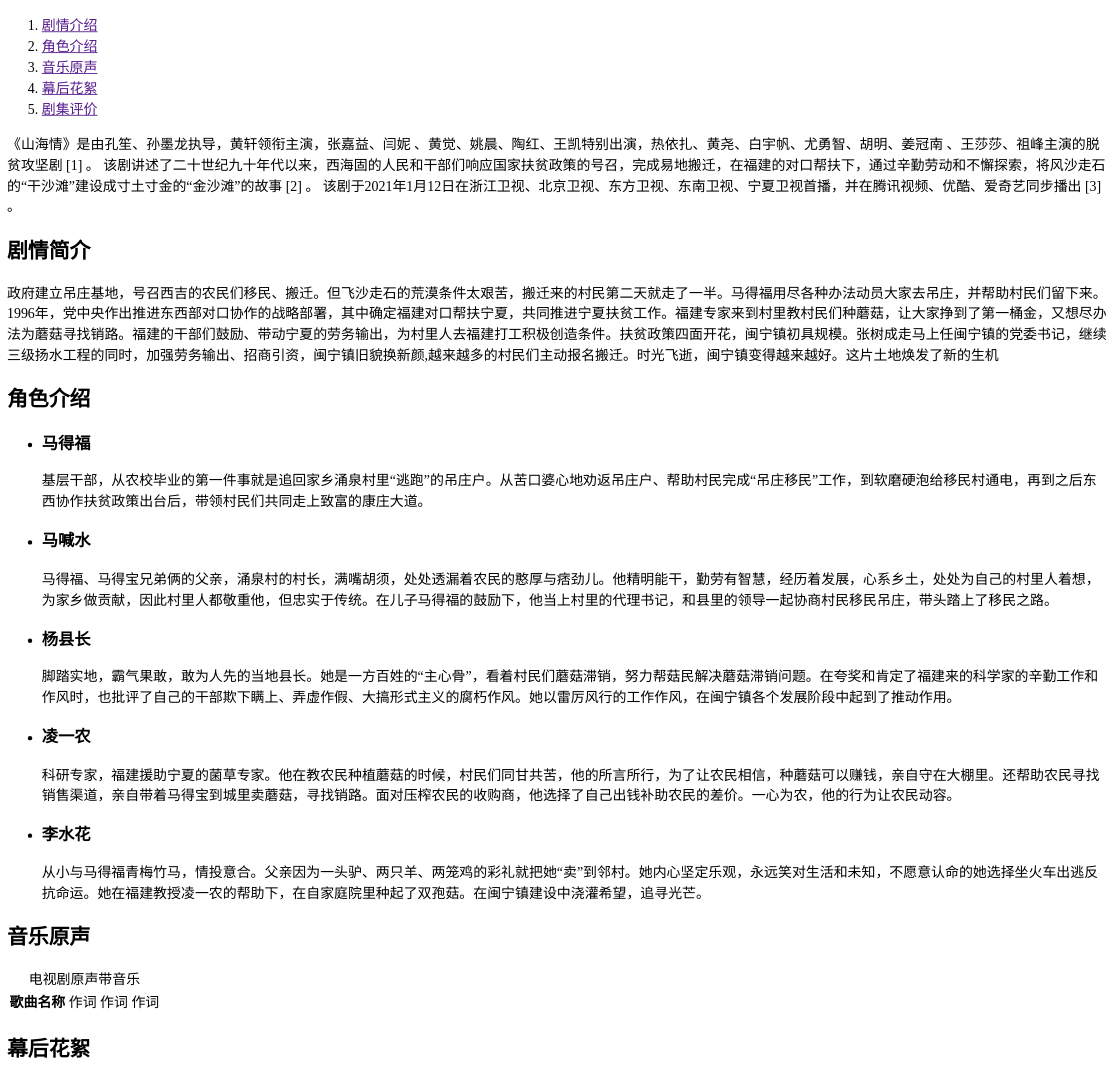
Repository: Lixianlai-2/static-website
Page: index.html
The author's editor kept a copy of each file at every save. The page is drawn from the files as they stood at one save, then again after the next save.
The browser window is 1280 px wide. The pictures show the whole page, at 87% of full size.

Above is the page before, as saved 2021-11-29 23:37:04.

### index.html
<!DOCTYPE html>
<html lang="zh-CN">
  <head>
    <meta charset="UTF-8" />
    <meta http-equiv="X-UA-Compatible" content="IE=edge" />
    <meta
      name="viewport"
      content="width=device-width, initial-scale=1.0"
      content="ie=edge"
    />
    <title>山海情</title>

    <style>
      img {
        max-width: 100%;
      }
    </style>
  </head>
  <body>
    <nav>
      <ol>
        <li><a href="">剧情介绍</a></li>
        <li><a href="">角色介绍</a></li>
        <li><a href="">音乐原声</a></li>
        <li><a href="">幕后花絮</a></li>
        <li><a href="">剧集评价</a></li>
      </ol>
    </nav>

    <p>
      《山海情》是由孔笙、孙墨龙执导，黄轩领衔主演，张嘉益、闫妮
      、黄觉、姚晨、陶红、王凯特别出演，热依扎、黄尧、白宇帆、尤勇智、胡明、姜冠南
      、王莎莎、祖峰主演的脱贫攻坚剧 [1] 。
      该剧讲述了二十世纪九十年代以来，西海固的人民和干部们响应国家扶贫政策的号召，完成易地搬迁，在福建的对口帮扶下，通过辛勤劳动和不懈探索，将风沙走石的“干沙滩”建设成寸土寸金的“金沙滩”的故事
      [2] 。
      该剧于2021年1月12日在浙江卫视、北京卫视、东方卫视、东南卫视、宁夏卫视首播，并在腾讯视频、优酷、爱奇艺同步播出
      [3] 。
    </p>

    <h2>剧情简介</h2>
    <p>
      政府建立吊庄基地，号召西吉的农民们移民、搬迁。但飞沙走石的荒漠条件太艰苦，搬迁来的村民第二天就走了一半。马得福用尽各种办法动员大家去吊庄，并帮助村民们留下来。1996年，党中央作出推进东西部对口协作的战略部署，其中确定福建对口帮扶宁夏，共同推进宁夏扶贫工作。福建专家来到村里教村民们种蘑菇，让大家挣到了第一桶金，又想尽办法为蘑菇寻找销路。福建的干部们鼓励、带动宁夏的劳务输出，为村里人去福建打工积极创造条件。扶贫政策四面开花，闽宁镇初具规模。张树成走马上任闽宁镇的党委书记，继续三级扬水工程的同时，加强劳务输出、招商引资，闽宁镇旧貌换新颜,越来越多的村民们主动报名搬迁。时光飞逝，闽宁镇变得越来越好。这片土地焕发了新的生机
    </p>

    <h2>角色介绍</h2>
    <ul>
      <li>
        <h3>马得福</h3>
        <p>
          基层干部，从农校毕业的第一件事就是追回家乡涌泉村里“逃跑”的吊庄户。从苦口婆心地劝返吊庄户、帮助村民完成“吊庄移民”工作，到软磨硬泡给移民村通电，再到之后东西协作扶贫政策出台后，带领村民们共同走上致富的康庄大道。
        </p>
      </li>
      <li>
        <h3>马喊水</h3>
        <p>
          马得福、马得宝兄弟俩的父亲，涌泉村的村长，满嘴胡须，处处透漏着农民的憨厚与痞劲儿。他精明能干，勤劳有智慧，经历着发展，心系乡土，处处为自己的村里人着想，为家乡做贡献，因此村里人都敬重他，但忠实于传统。在儿子马得福的鼓励下，他当上村里的代理书记，和县里的领导一起协商村民移民吊庄，带头踏上了移民之路。
        </p>
      </li>
      <li>
        <h3>杨县长</h3>
        <p>
          脚踏实地，霸气果敢，敢为人先的当地县长。她是一方百姓的“主心骨”，看着村民们蘑菇滞销，努力帮菇民解决蘑菇滞销问题。在夸奖和肯定了福建来的科学家的辛勤工作和作风时，也批评了自己的干部欺下瞒上、弄虚作假、大搞形式主义的腐朽作风。她以雷厉风行的工作作风，在闽宁镇各个发展阶段中起到了推动作用。
        </p>
      </li>
      <li>
        <h3>凌一农</h3>
        <p>
          科研专家，福建援助宁夏的菌草专家。他在教农民种植蘑菇的时候，村民们同甘共苦，他的所言所行，为了让农民相信，种蘑菇可以赚钱，亲自守在大棚里。还帮助农民寻找销售渠道，亲自带着马得宝到城里卖蘑菇，寻找销路。面对压榨农民的收购商，他选择了自己出钱补助农民的差价。一心为农，他的行为让农民动容。
        </p>
      </li>
      <li>
        <h3>李水花</h3>
        <p>
          从小与马得福青梅竹马，情投意合。父亲因为一头驴、两只羊、两笼鸡的彩礼就把她“卖”到邻村。她内心坚定乐观，永远笑对生活和未知，不愿意认命的她选择坐火车出逃反抗命运。她在福建教授凌一农的帮助下，在自家庭院里种起了双孢菇。在闽宁镇建设中浇灌希望，追寻光芒。
        </p>
      </li>
    </ul>

    <h2>音乐原声</h2>
    <table>
      <caption>
        电视剧原声带音乐
      </caption>
      <thead>
        <tr>
          <th>歌曲名称</th>
          <td>作词</td>
          <td>作词</td>
          <td>作词</td>
        </tr>
      </thead>
      <tbody></tbody>
      <tfoot></tfoot>
    </table>

    <h2>幕后花絮</h2>
  </body>
</html>

After the next save:
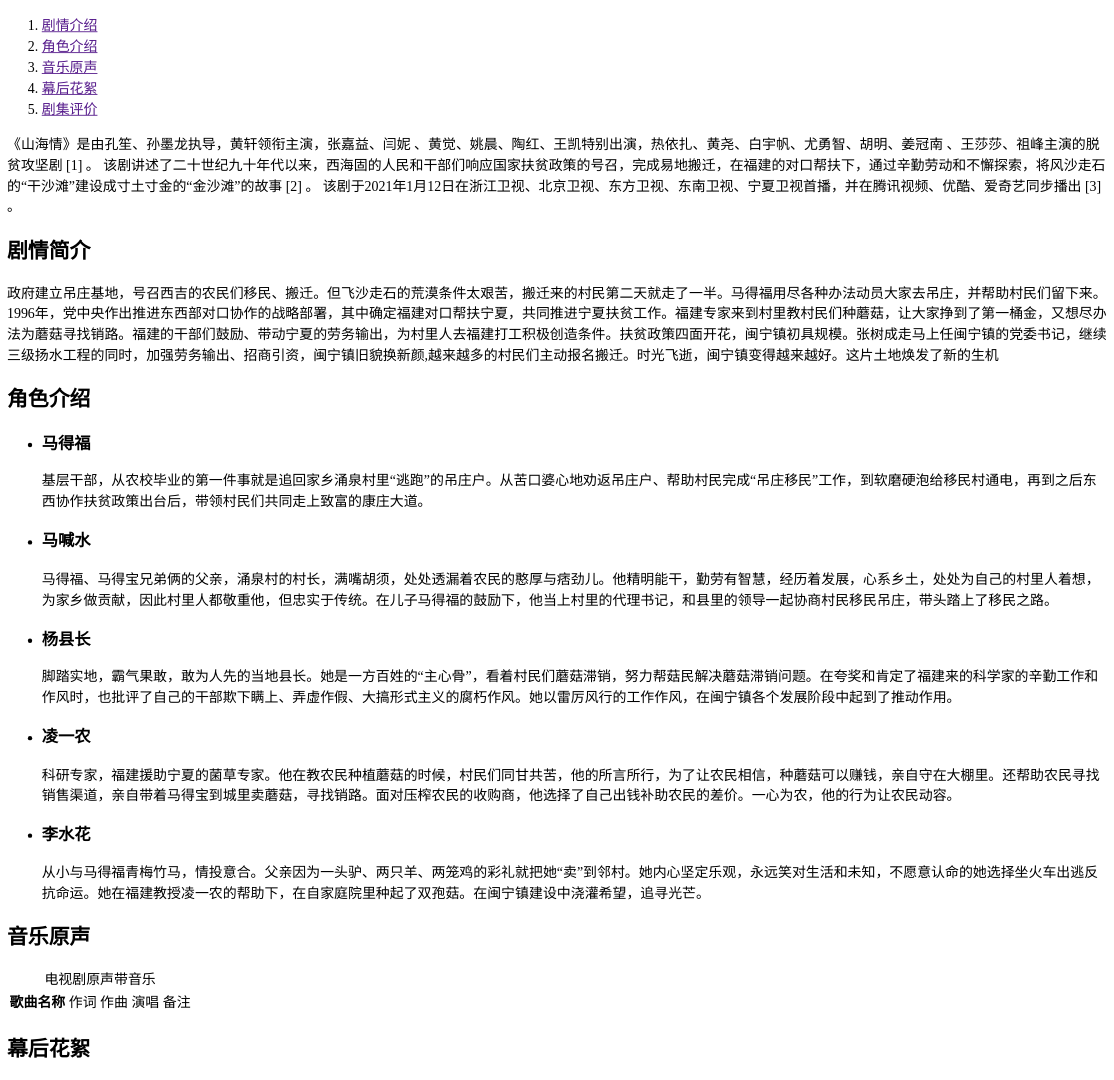
Saved 26 s later.
--- a/index.html
+++ b/index.html
@@ -85,8 +85,9 @@
         <tr>
           <th>歌曲名称</th>
           <td>作词</td>
-          <td>作词</td>
-          <td>作词</td>
+          <td>作曲</td>
+          <td>演唱</td>
+          <td>备注</td>
         </tr>
       </thead>
       <tbody></tbody>
